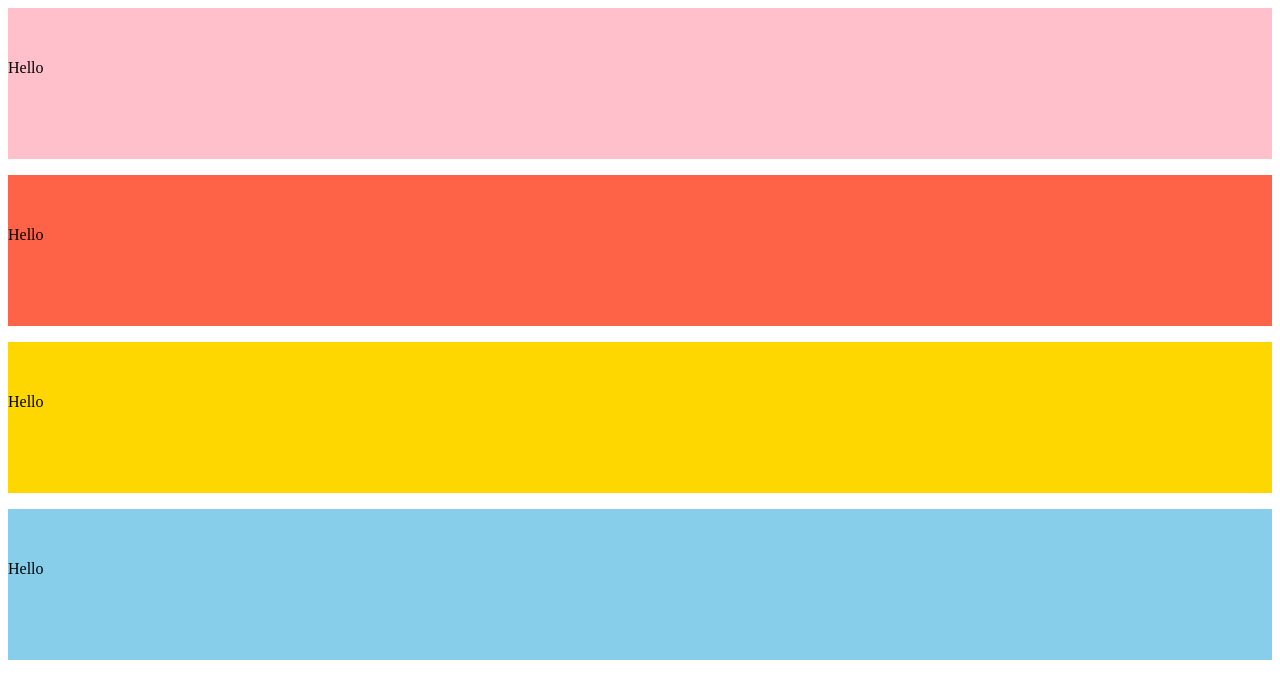
Repository: minoto9/vue_tutorial
Page: 1.html
These files come from the project's save history. The page is drawn as it stood at one moment and after the next save; the edit follows.
The browser window is 1280 px wide. The pictures show the whole page.

Above is the page before, as saved 2019-07-10 17:47:02.

### 1.html
<header>
    <link rel="stylesheet" type="text/css" href="1.css">
</header>

<div class="pink">
    <p>
        Hello
    </p>
</div>

<div class="tomato">
    <p>
        Hello
    </p>
</div>

<div class="gold">
    <p>
        Hello
    </p>
</div>

<div class="skyblue">
    <p>
        Hello
    </p>
</div>

### 1.css
div {
    padding-bottom: 15px;
    line-height:120px;
}

p {

}

.pink {
    background-color: pink;
}

.tomato {
    background-color: tomato;
}

.gold {
    background-color: gold;
}

.skyblue {
    background-color: skyblue;
}

After the next save:
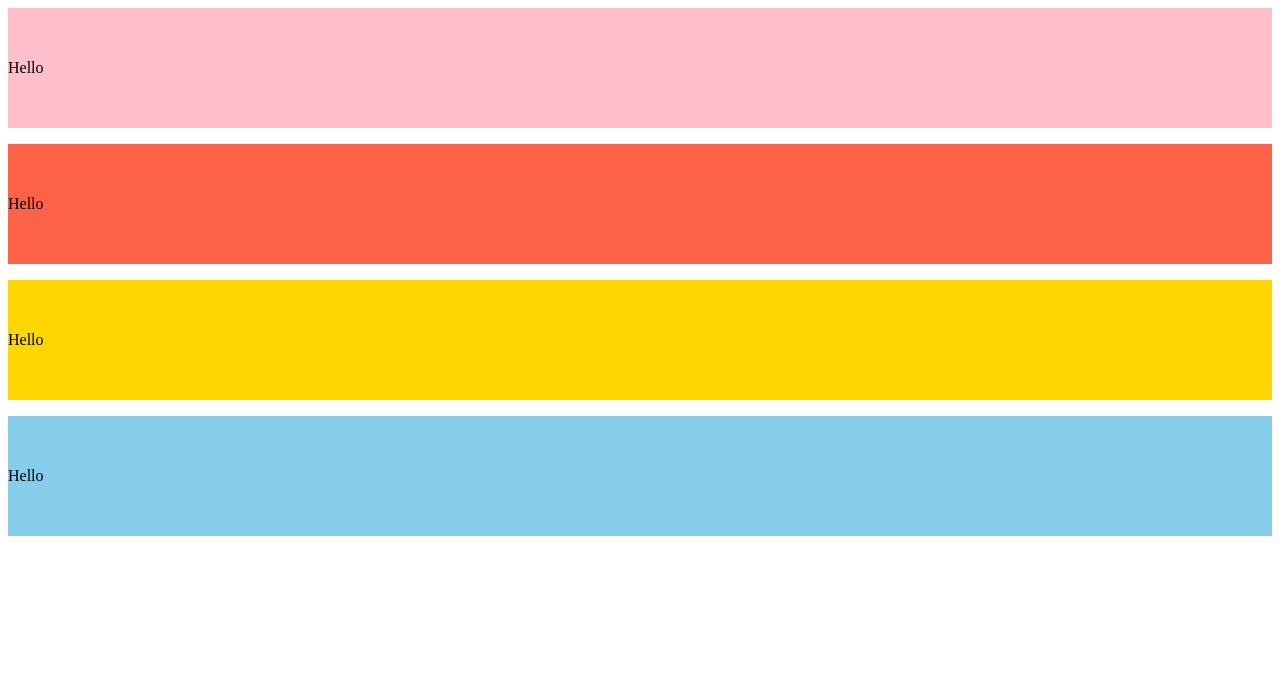
Saved 31 s later.
--- a/1.css
+++ b/1.css
@@ -1,5 +1,5 @@
 div {
-    padding-bottom: 15px;
+    margin-bottom: 15px;
     line-height:120px;
 }
 
